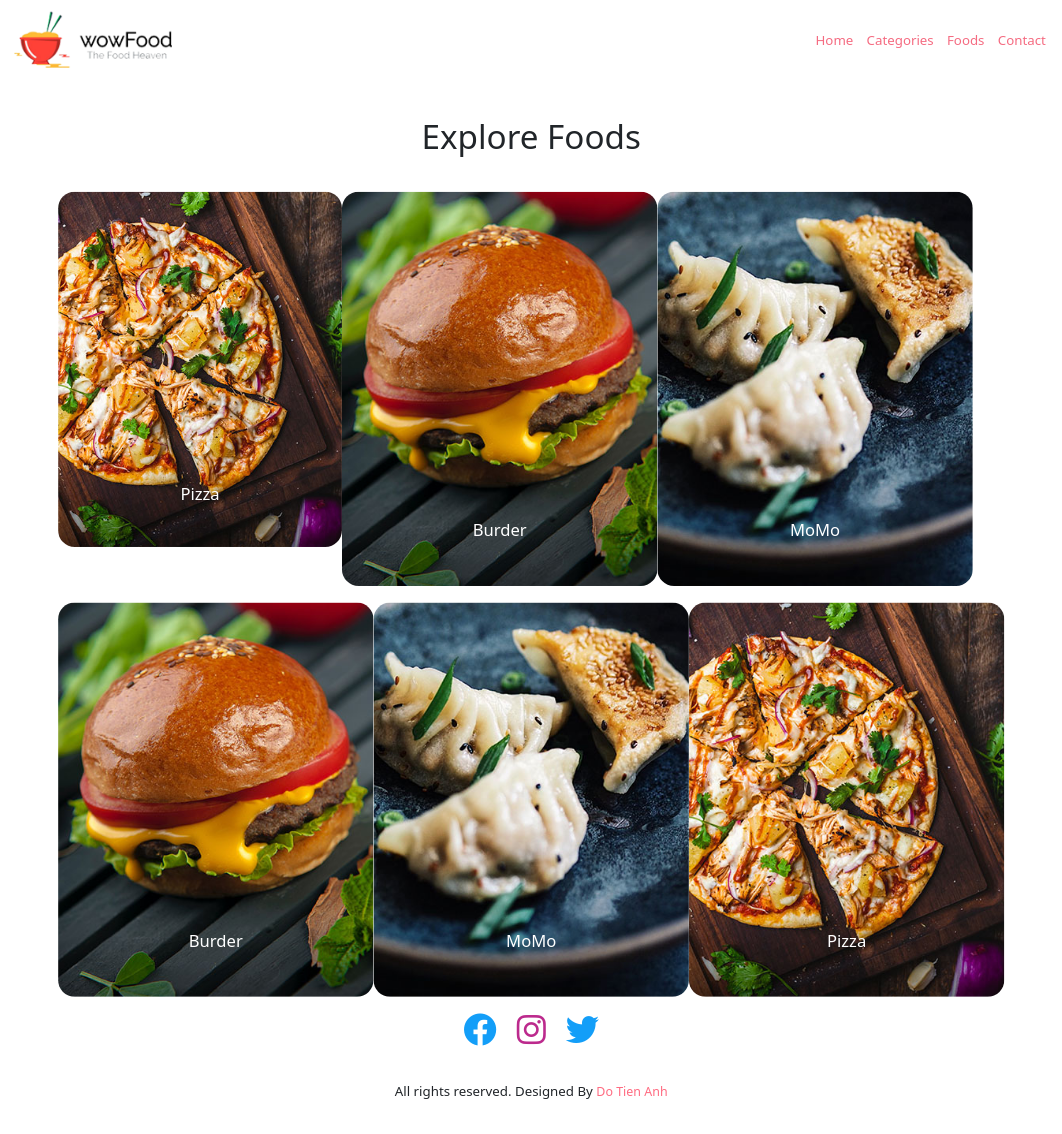
Repository: ruaruababa/RestaurantBS5
Page: http://localhost/html/categories.php
These files come from the project's save history. The page is drawn as it stood at one moment and after a run of saves; the edit follows.
The browser window is 1280 px wide. The pictures show the whole page, at 83% of full size.
The page is run by PHP 8.4 with error messages shown; the project is at /var/www/html/.

Above is the page before, as saved 2021-09-26 21:52:25.

### html/categories.php
<!DOCTYPE html>
<html lang="en">

<head>
    <meta charset="UTF-8">
    <meta http-equiv="X-UA-Compatible" content="IE=edge">
    <meta name="viewport" content="width=device-width, initial-scale=1.0">

    <title>Categories</title>
    <link href="https://cdn.jsdelivr.net/npm/bootstrap@5.1.1/dist/css/bootstrap.min.css" rel="stylesheet"
        integrity="sha384-F3w7mX95PdgyTmZZMECAngseQB83DfGTowi0iMjiWaeVhAn4FJkqJByhZMI3AhiU" crossorigin="anonymous" />
    <link rel="stylesheet" href="https://cdn.jsdelivr.net/npm/bootstrap-icons@1.5.0/font/bootstrap-icons.css" />
    <link rel="stylesheet" href="https://cdnjs.cloudflare.com/ajax/libs/font-awesome/6.0.0-beta2/css/all.min.css"
        integrity="sha512-YWzhKL2whUzgiheMoBFwW8CKV4qpHQAEuvilg9FAn5VJUDwKZZxkJNuGM4XkWuk94WCrrwslk8yWNGmY1EduTA=="
        crossorigin="anonymous" referrerpolicy="no-referrer" />
    <link rel="stylesheet" href="/restaurantbs5/css/style.css" />
</head>

<body>
    <nav class="navbar navbar-expand-lg navbar-light bg-light nav-fixed">
        <div class="container-fluid">
            <a class="navbar-brand" href="#">
                <img src="/restaurantbs5/img/logo.png" alt="" />
            </a>
            <button class="navbar-toggler" type="button" data-bs-toggle="collapse"
                data-bs-target="#navbarSupportedContent" aria-controls="navbarSupportedContent" aria-expanded="false"
                aria-label="Toggle navigation">
                <span class="navbar-toggler-icon"></span>
            </button>
            <div class="collapse navbar-collapse" id="navbarSupportedContent">
                <ul class="navbar-nav">
                    <li class="nav-item">
                        <a class="nav-link active nav-link-fixed" aria-current="page" href="/html/index.php">Home</a>
                    </li>
                    <li class="nav-item">
                        <a class="nav-link active nav-link-fixed" aria-current="page" href="/html/categories.php">Categories</a>
                    </li>
                    <li class="nav-item">
                        <a class="nav-link active nav-link-fixed" aria-current="page" href="/html/foods.php">Foods</a>
                    </li>
                    <li class="nav-item">
                        <a class="nav-link active nav-link-fixed" aria-current="page" href="#">Contact</a>
                    </li>
                </ul>
            </div>
        </div>
    </nav>

    <div class="slider" style="position: relative; top: 80px">
        <!-- CATEGORIES -->
        <div class="slider__explorefoods">
            <h3 class="slider__heading">Explore Foods</h3>
            <div class="container">
                <div class="row hover-blur" style="row-gap: 20px;">
                    <!-- row1 -->
                    <div class=" col-lg-4 col-md-6 col-6 hover-blur-item col-collection">
                        <div class="slider__images-title">
                            <img src="/restaurantbs5/img/pizza.jpg" alt="" class="slider__img">
                            <h4 class="slider__img-text">Pizza</h4>
                        </div>
                    </div>
                    <div class=" col-lg-4 col-md-6 col-6 hover-blur-item">
                        <div class="slider__images-title">
                            <img src="/restaurantbs5/img/burger.jpg" alt="" class="slider__img">
                            <h4 class="slider__img-text">Burder</h4>
                        </div>
                    </div>
                    <div class=" col-lg-4 col-md-6 col-6 hover-blur-item">
                        <div class="slider__images-title">
                            <img src="/restaurantbs5/img/momo.jpg" alt="" class="slider__img">
                            <h4 class="slider__img-text">MoMo</h4>
                        </div>
                    </div>

                    <!-- row2 -->
                    <div class=" col-lg-4 col-md-6 col-6 hover-blur-item">
                        <div class="slider__images-title">
                            <img src="/restaurantbs5/img/burger.jpg" alt="" class="slider__img">
                            <h4 class="slider__img-text">Burder</h4>
                        </div>
                    </div>
                    <div class=" col-lg-4 col-md-6 col-6 hover-blur-item">
                        <div class="slider__images-title">
                            <img src="/restaurantbs5/img/momo.jpg" alt="" class="slider__img">
                            <h4 class="slider__img-text">MoMo</h4>
                        </div>
                    </div>
                    <div class="col-lg-4 col-md-6 col-6 hover-blur-item">
                        <div class="slider__images-title">
                            <img src="/restaurantbs5/img/pizza.jpg" alt="" class="slider__img">
                            <h4 class="slider__img-text">Pizza</h4>
                        </div>
                    </div>
                </div>
            </div>
        </div>

        <!-- ----------------------------------------------------------------------------- -->

    </div>
    <!-- FOOTER -->
    <div class="footer">
        <div class="footer__item">
            <a href="https://vi-vn.facebook.com/">
                <i class="footer__item-icon fab fa-facebook"></i>
            </a>
            <a href="">
                <i class="footer__item-icon2 fab fa-instagram"></i>
            </a>
            <a href="">
                <i class="footer__item-icon fab fa-twitter"></i>
            </a>

        </div>
        <div class="footer__text">
            <span>
                All rights reserved. Designed By&nbsp

            </span>

            <span class="footer__name-dev"> Do Tien Anh</span>

        </div>
    </div>
    <script src="https://cdn.jsdelivr.net/npm/bootstrap@5.1.1/dist/js/bootstrap.bundle.min.js"
        integrity="sha384-/bQdsTh/da6pkI1MST/rWKFNjaCP5gBSY4sEBT38Q/9RBh9AH40zEOg7Hlq2THRZ" crossorigin="anonymous">
    </script>
</body>

</html>

### css/style.css
body {
    overflow-x: hidden;
}

.nav-fixed {
    background-color: white !important;
    position: fixed;
    width: 100%;
    z-index: 1;
    top: 0;
}

.navbar-collapse {
    justify-content: end;
}

.nav-link-fixed {
    text-align: center;
    color: #f56b81 !important;
}

.border {
    border: none !important;
}

.border-radius {
    border-radius: 10px;
}

.card-body-fixed {
    margin-top: -70px;
    font-size: 24px;
    color: white;
}

/* Fixed Section */

.col-collection{
    width: 30%;
}
.slider__explorefoods {
    margin-bottom: 100px;
}

.slider__heading {
    text-align: center;
    font-size: 40px;
    padding-top: 60px;
    padding-bottom: 35px;
}

.slider__images-title {
    position: relative;
}

.slider__img {
    width: 100%;
    border-radius: 20px;
    cursor: pointer;
}

.slider__img-text {
    position: absolute;
    text-align: center;
    bottom: 10%;
    left: 0;
    right: 0;
    color: while;
    color: white;
    font-size: 20px;
}

/*-- end categogies-- */

/* food-menu */

.slider__foodmenu-bcl {
    background-color: rgb(228, 228, 228);
}

.slider__foodmenu-block {
    display: flex;
    background-color: white;
    border-radius: 10px;
    padding: 20px 0 20px 10px;
    margin: 10px 0;
}

.menu_img {
    padding: 10px;
    padding-left: 20px;
}

.foodmenu-img {
    width: 100%;
    border-radius: 10px;
}

.slider__foodmenu-right {
    margin: 0 10px;
    padding: 10px;
}

.slider__foodmenu-title {
    margin: 5px 0;
}

.slider__foodmenu-price {
    margin-bottom: 5px;
}

.slider__foodmenu-text {
    margin: 5px 0;
    line-height: 1.2rem;
}

.slider__foodmenu-btn {
    margin: 5px 0;
    width: 100px;
    height: 25px;
    background-color: #ff6b81;
    outline: none;
    border: none;
    color: white;
    border-radius: 3px;
    cursor: pointer;
}

.slider__foodmenu-btn:hover {
    background-color: #e294a0;
}

.slider__foodmenu-footer {
    padding: 40px 0;
    text-align: center;
    color: #ff6b81;
}

/* ---End Food-menu-- */

/* ----FOOTER------- */

.footer {
    margin-top: 20px;
}

.footer__item {
    text-align: center;
}

.footer__item a {
    text-decoration: none;
}

.footer__item-icon {
    font-size: 40px;
    margin: 0 20px;
    color: #139ef8;
}

.footer__item-icon2 {
    font-size: 40px;
    color: #bc2a8d;
}

.footer__text {
    display: flex;
    align-items: center;
    justify-content: center;
    margin: 40px 0;
}

.footer__text h3 {
    font-weight: 500;
    font-size: 15px;
}

.footer__name-dev {
    text-decoration: none;
    font-weight: 500;
    font-size: 15px;
    color: #ff6b81;
}

/* order */

.slider__order {
    background-color: #47b4d1;
    width: 100%;
    height: auto;
    padding: 100px 0 150px 0;
}

.slider__order-heading {
    font-size: 40px;
    padding-top: 50px;
    padding-bottom: 35px;
    text-align: center;
    color: #fff;
}

.order {
    max-width: 600px;
    margin: 0 auto;
}

.slider__order-selected {
    border: 1px solid #fff;
    border-radius: 5px;
}

.selected-heading {
    margin-left: 20px;
    font-size: 20px;
    transform: translateY(-14px);
}

.selected__left {
    padding-left: 30px;
    padding-top: 8px;
}

.selected-img {
    width: 100%;
    border-radius: 20px;
}

.selected__right {
    display: flex;
    flex-direction: column;
    padding: 0 30px 30px;
}

.selected__right-title {
    font-size: 25px;
}

.selected__right-price {
    font-size: 15px;
    padding-top: 5px;
}

.selected__right-quantity {
    font-size: 15px;
    padding: 5px 0;
}

.quantity-input {
    padding: 5px;
    outline: none;
    border: none;
    border-radius: 3px;
    width: 100%;
}

.slider__order-delivery {
    border: 1px solid #fff;
    margin-top: 50px;
    padding: 10px 30px 30px 30px;
    border-radius: 5px;
}

.delivery-heading {
    transform: translateY(-24px);
    font-size: 20px;
    display: inline-block;
    background-color: #47b4d1;
}

.deliverydetails {
    display: flex;
    flex-direction: column;
}

.delivery__title {
    padding-bottom: 5px;
}

.delivery-input {
    padding: 5px;
    margin-bottom: 15px;
    outline: none;
    border: none;
    border-radius: 3px;
}

.confirm-btn {
    outline: none;
    background-color: #ff6b81;
    border: none;
    color: #fff;
    padding: 8px 30px;
    border-radius: 3px;
    cursor: pointer;
}

.confirm-btn:hover {
    background-color: #ca7f8a;
}

/* Animation */

li {
    transition: all 0.2s ease 0s;
}

ul:hover li {
    filter: blur(3px);
    opacity: 0.5;
    transform: scale(0.98);
    box-shadow: none;
}

ul:hover li:hover {
    transform: scale(1.1);
    filter: blur(0px);
    opacity: 1;
    box-shadow: 0 8px 20px 0px rgba(0, 0, 0, 0.125);
}

.hover-blur-item {
    transition: all 0.2s ease 0s;
    padding: 0;
}

.hover-blur:hover .hover-blur-item {
    filter: blur(3px);
    opacity: 0.5;
    transform: scale(0.98);
    box-shadow: none;
}

.hover-blur:hover>.hover-blur-item:hover {
    transform: scale(1.1);
    filter: blur(0px);
    opacity: 1;
    box-shadow: 0 8px 20px 0px rgba(0, 0, 0, 0.125);
}

After the next 4 saves:
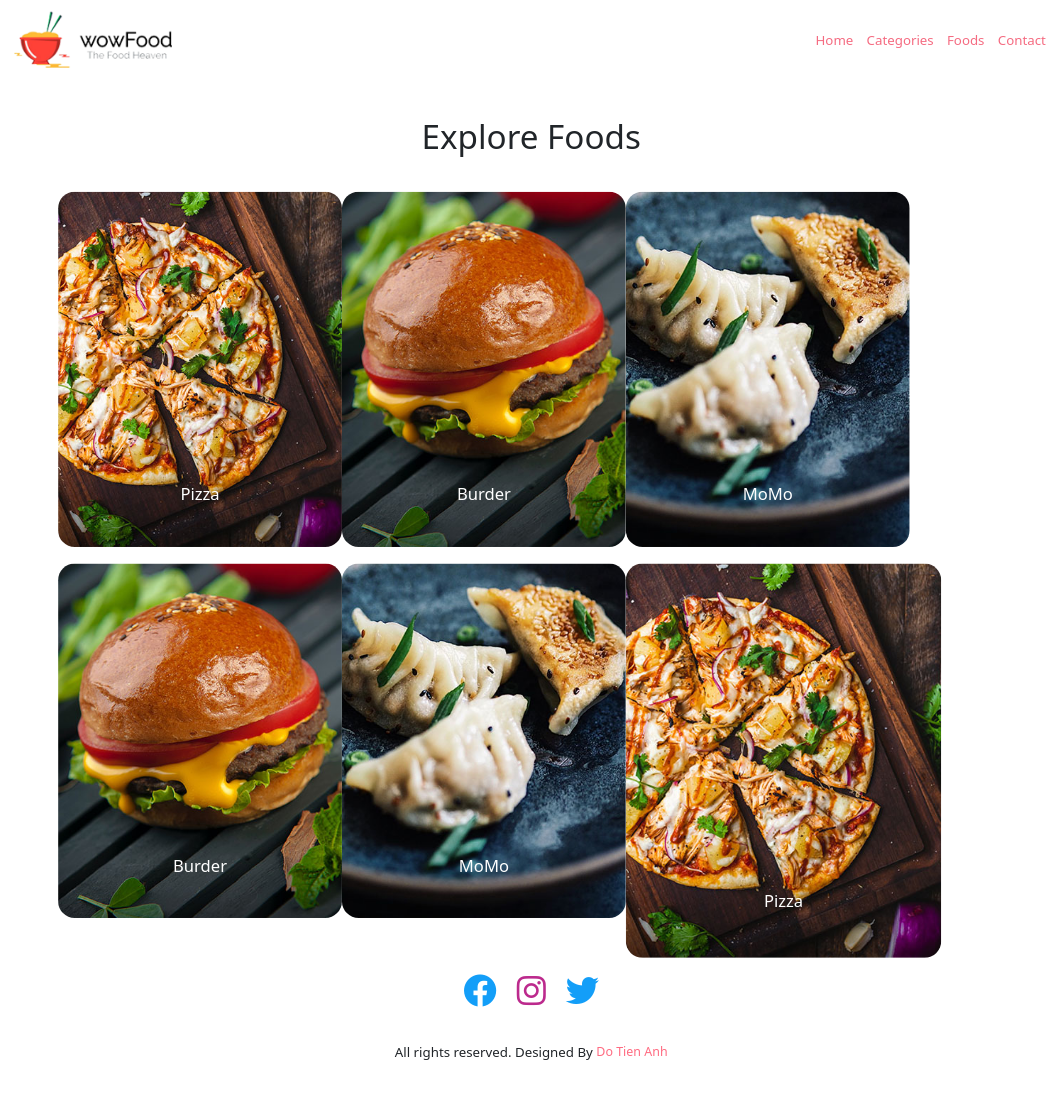
The 4 saves are shown as one change because they came seconds apart.
The last was saved 13 s later.
--- a/html/categories.php
+++ b/html/categories.php
@@ -59,13 +59,13 @@
                             <h4 class="slider__img-text">Pizza</h4>
                         </div>
                     </div>
-                    <div class=" col-lg-4 col-md-6 col-6 hover-blur-item">
+                    <div class=" col-lg-4 col-md-6 col-6 hover-blur-item col-collection">
                         <div class="slider__images-title">
                             <img src="/restaurantbs5/img/burger.jpg" alt="" class="slider__img">
                             <h4 class="slider__img-text">Burder</h4>
                         </div>
                     </div>
-                    <div class=" col-lg-4 col-md-6 col-6 hover-blur-item">
+                    <div class=" col-lg-4 col-md-6 col-6 hover-blur-item col-collection">
                         <div class="slider__images-title">
                             <img src="/restaurantbs5/img/momo.jpg" alt="" class="slider__img">
                             <h4 class="slider__img-text">MoMo</h4>
@@ -73,13 +73,13 @@
                     </div>
 
                     <!-- row2 -->
-                    <div class=" col-lg-4 col-md-6 col-6 hover-blur-item">
+                    <div class=" col-lg-4 col-md-6 col-6 hover-blur-item col-collection">
                         <div class="slider__images-title">
                             <img src="/restaurantbs5/img/burger.jpg" alt="" class="slider__img">
                             <h4 class="slider__img-text">Burder</h4>
                         </div>
                     </div>
-                    <div class=" col-lg-4 col-md-6 col-6 hover-blur-item">
+                    <div class=" col-lg-4 col-md-6 col-6 hover-blur-item col-collection">
                         <div class="slider__images-title">
                             <img src="/restaurantbs5/img/momo.jpg" alt="" class="slider__img">
                             <h4 class="slider__img-text">MoMo</h4>
